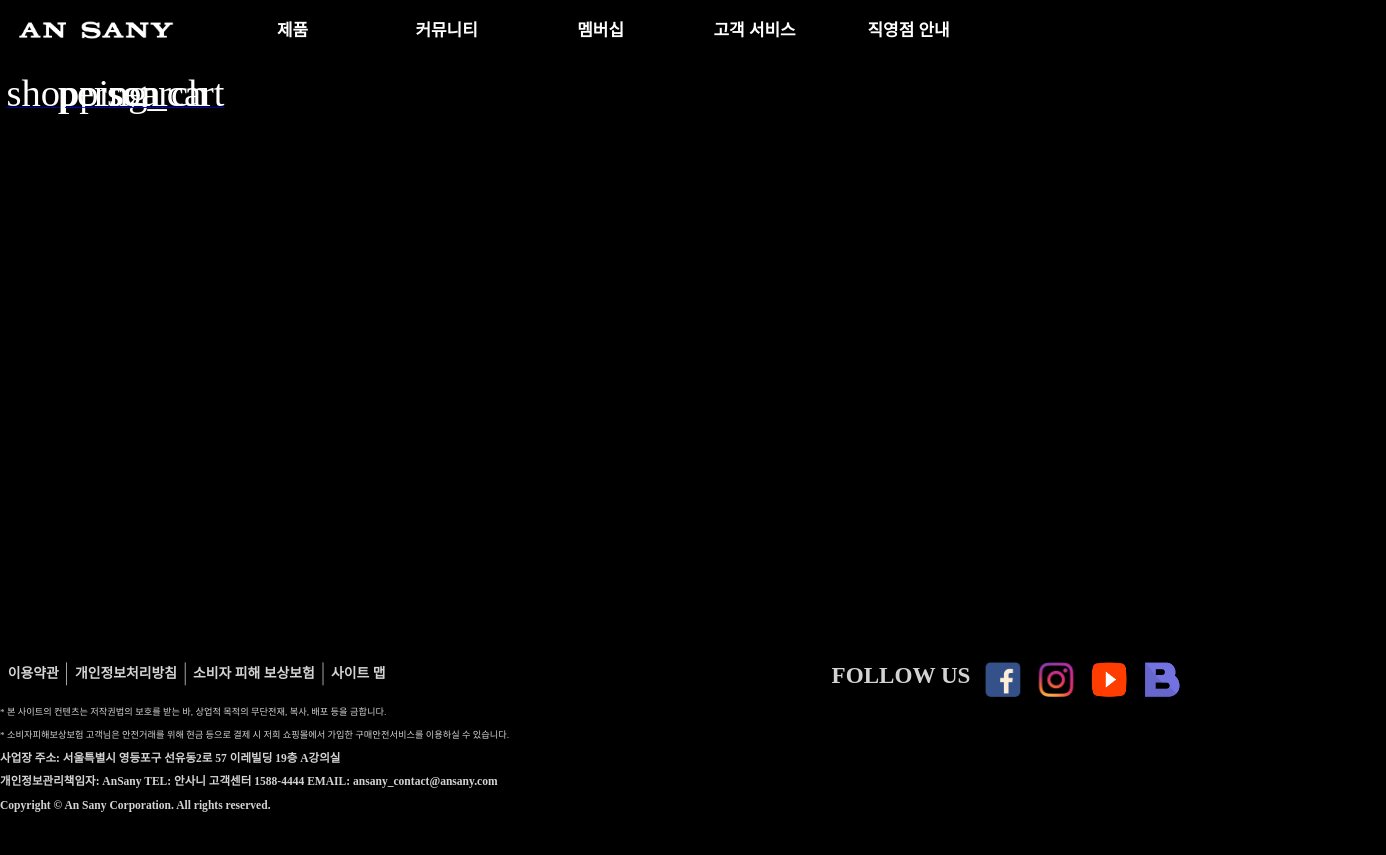
Repository: zoeshin92/semiProj_Zoe
Page: http://localhost/anSany_semiProject/
The author's editor kept a copy of each file at every save. The page is drawn from the files as they stood at one save, then again after the next save.
The browser window is 1280 px wide. The page is 1800 px wide, then 1280 px, so the pictures cover 1800 px, including what lies to the right of the window. The pictures show the whole page, at 77% of full size.
The page is served by Tomcat 9.

Above is the page before, as saved 2022-09-16 06:20:06.

After the next save:
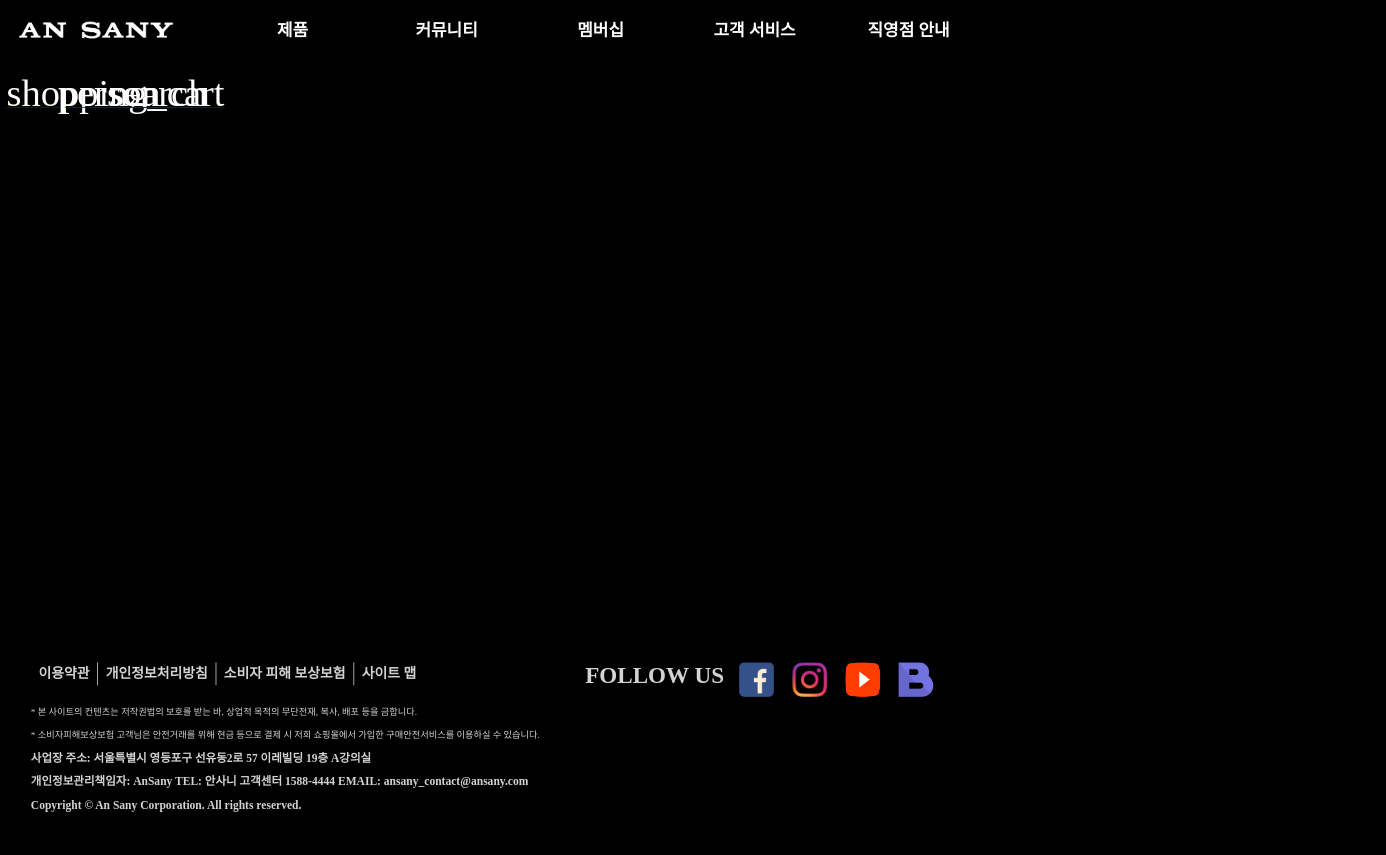
Saved 17 s later.
--- a/anSany_semiProject/src/main/webapp/css/footer.css
+++ b/anSany_semiProject/src/main/webapp/css/footer.css
@@ -6,7 +6,7 @@
   bottom: 0;
   padding: 50px 0px;
   background-color: black;
-  width: 1800px;
+  width: 1200px;
   max-width: 1920px;
   color: lightgray;
   margin: 0 auto;
